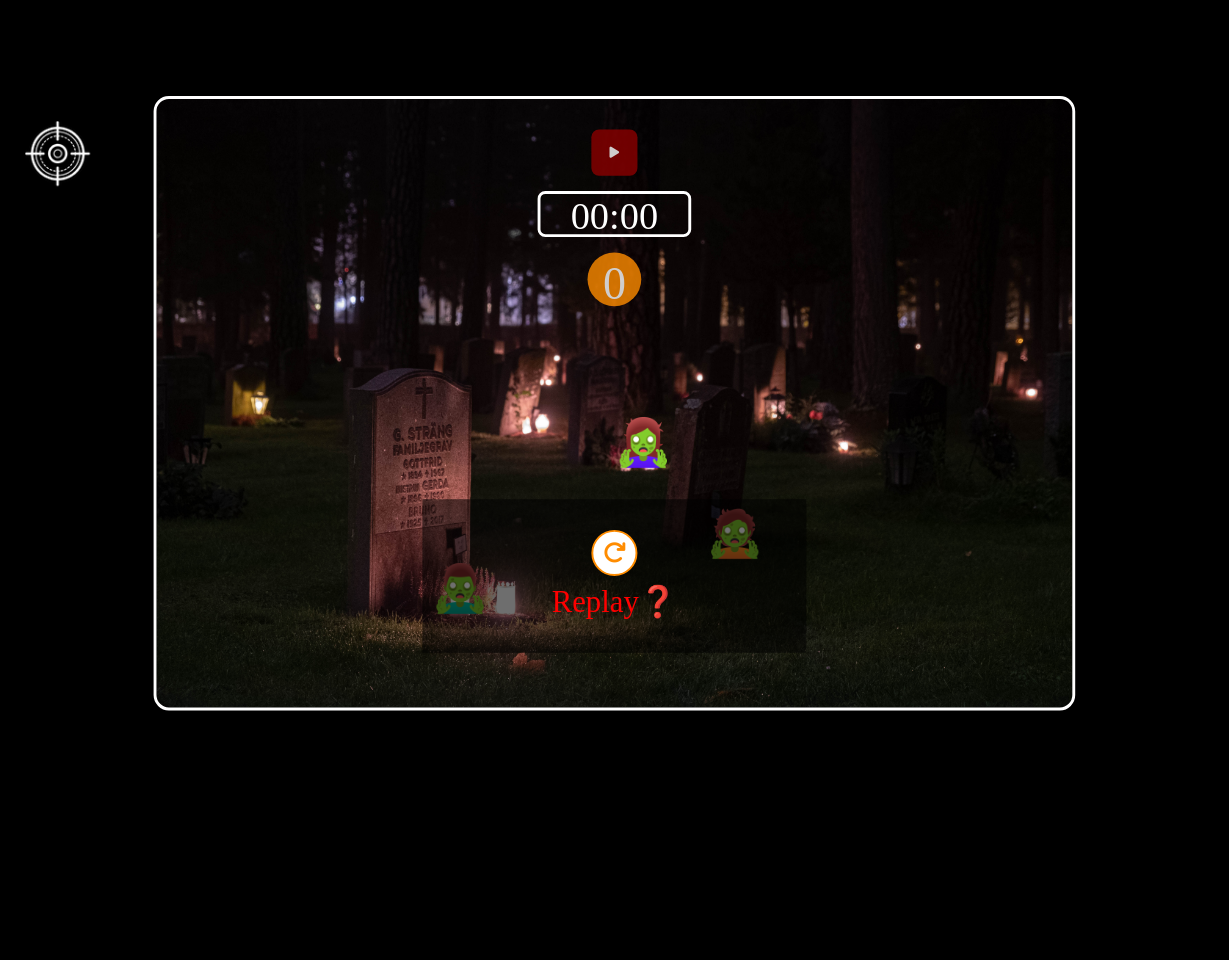
Repository: MrJinkyu/ZombieGame
Page: index.html
These files come from the project's save history. The page is drawn as it stood at one moment and after the next save; the edit follows.
The browser window is 1280 px wide. The pictures show the whole page, at 96% of full size.
Some web libraries are served in a nearby version.

Above is the page before, as saved 2023-04-08 23:51:49.

After the next save:
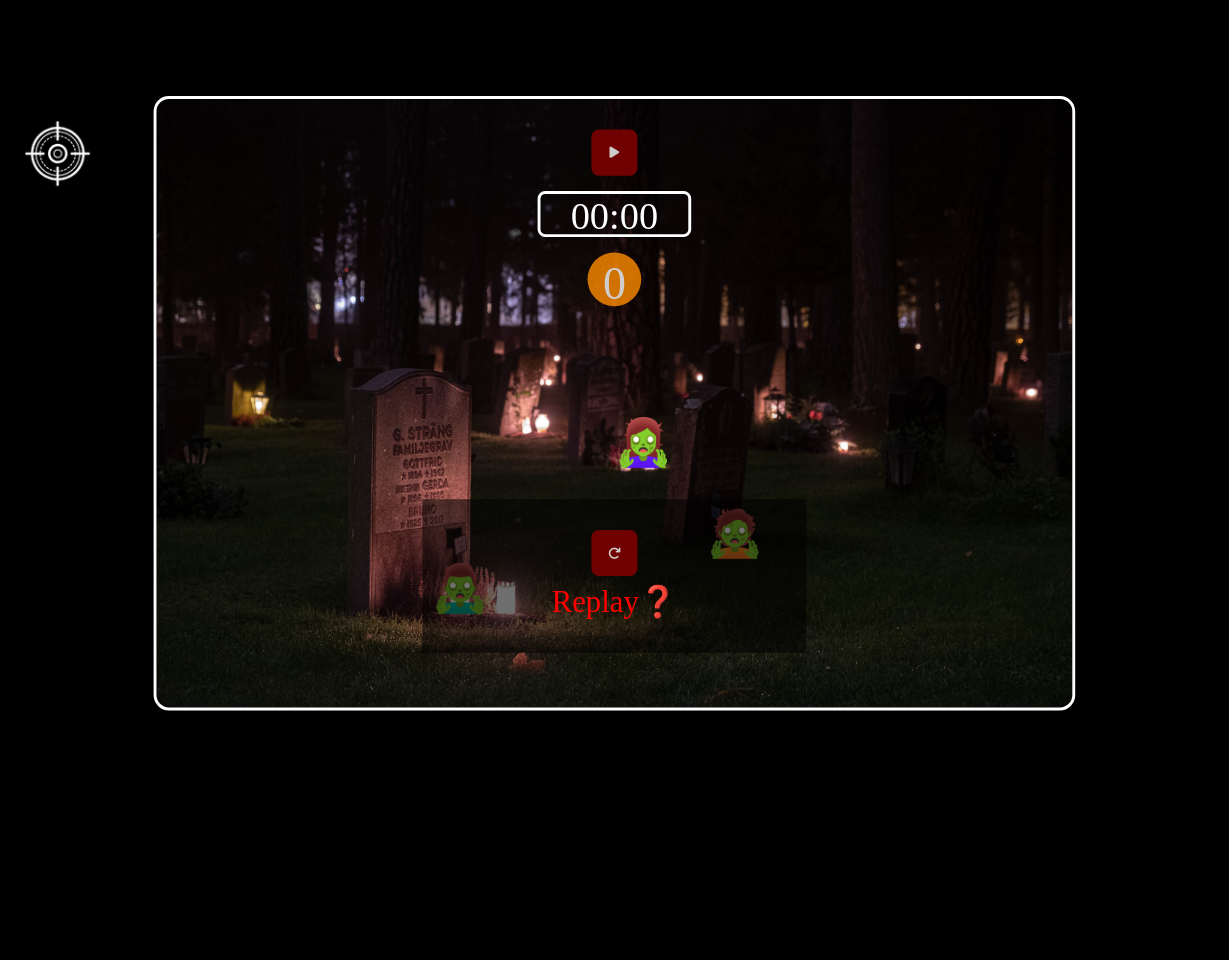
Saved 14 s later.
--- a/style.css
+++ b/style.css
@@ -119,17 +119,17 @@
 }
 
 .pop-up__refresh{
+    margin-top: 2rem;
     width: 3rem;
     height: 3rem;
-    margin-top: 2rem;
-    background-color: white;
-    color: darkorange;
-    border-radius: 50%;
-    border: 2px solid darkorange;
-    font-size: 1.5rem;
+    background-color: darkred;
+    color: white;
+    border: none;
+    border-radius: 0.5rem;
+    outline: none;
+    opacity: 0.8;
     transition: all 200ms ease-in;
     z-index: 2;
-    /* opacity: 0.8; */
 }
 
 .pop-up__refresh:hover{

After the save that followed:
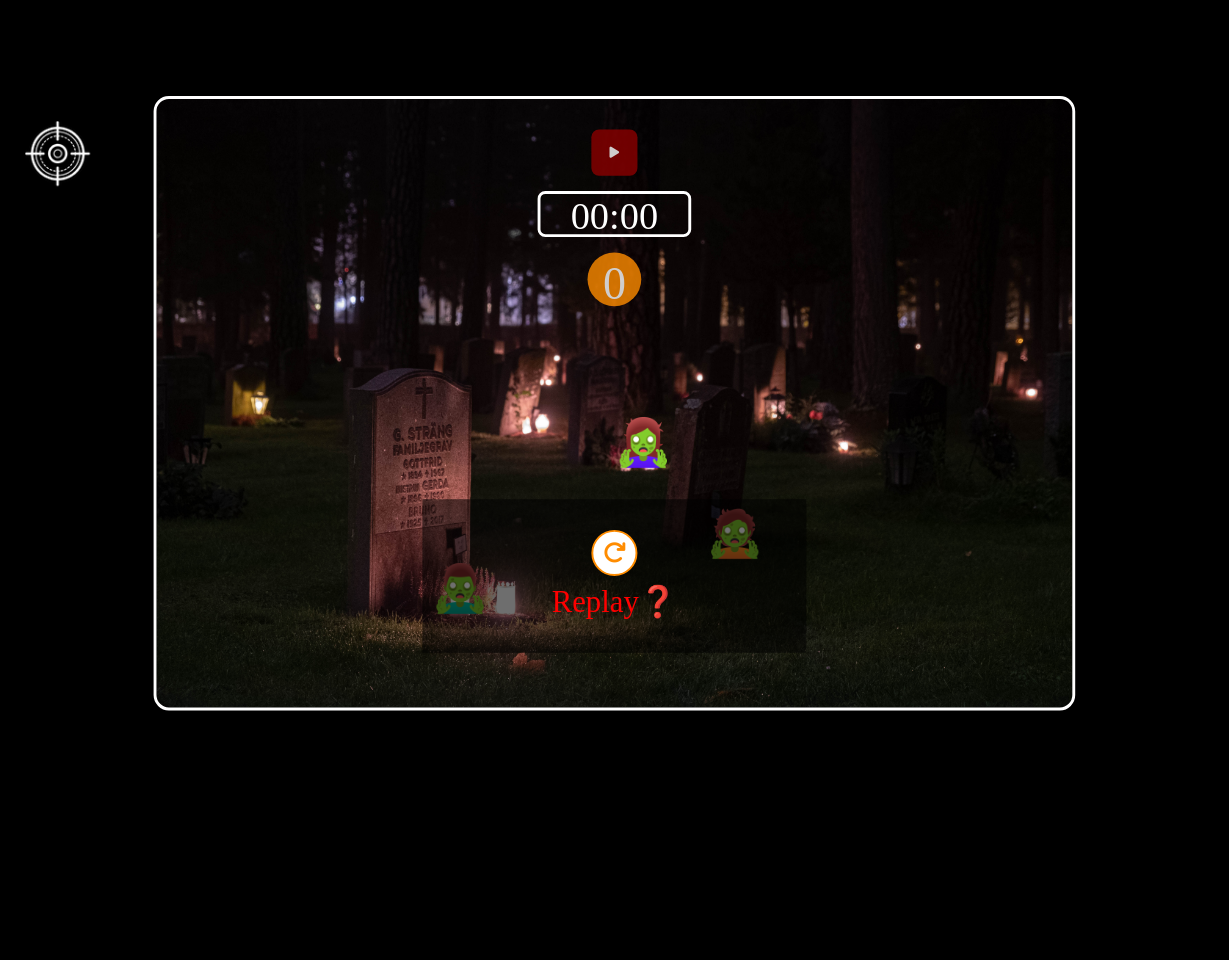
Saved 10 s later.
--- a/style.css
+++ b/style.css
@@ -119,15 +119,14 @@
 }
 
 .pop-up__refresh{
-    margin-top: 2rem;
     width: 3rem;
     height: 3rem;
-    background-color: darkred;
-    color: white;
-    border: none;
-    border-radius: 0.5rem;
-    outline: none;
-    opacity: 0.8;
+    margin-top: 2rem;
+    background-color: white;
+    color: darkorange;
+    border-radius: 50%;
+    border: 2px solid darkorange;
+    font-size: 1.5rem;
     transition: all 200ms ease-in;
     z-index: 2;
 }
